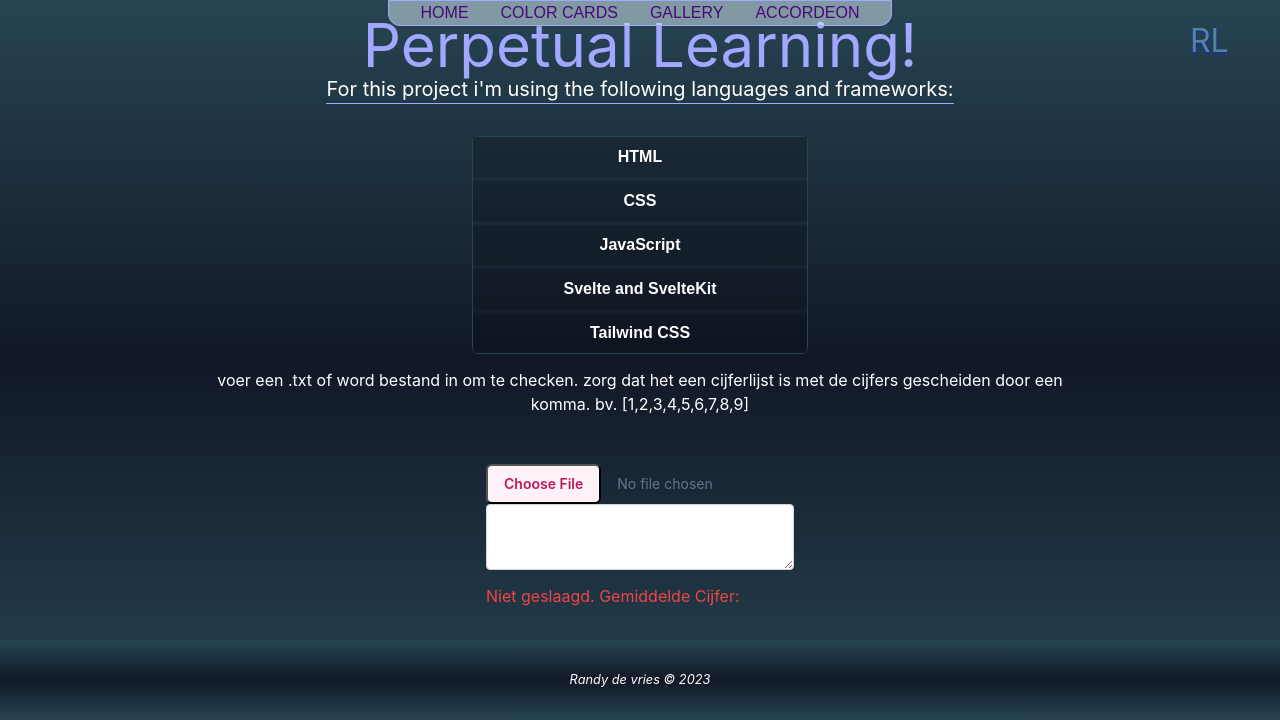
Repository: Freezler/svelte-app
Page: /links
The author's editor kept a copy of each file at every save. The page is drawn from the files as they stood at one save, then again after the next save.
The browser window is 1280 px wide. The pictures show the whole page.
The project was rebuilt for these pictures with package versions that can differ from the ones it lists, and the page was loaded fresh each time. The framework's server and built-in components were replaced by stand-ins that run in the browser. Also part of the build but not shown: svelte.config.js, vite.config.js.

Above is the page before, as saved 2023-11-12 11:42:12.

### src/app.html
<!DOCTYPE html>
<html lang="en">
	<head>
		<meta charset="utf-8" />
		<link rel="icon" href="%sveltekit.assets%/favicon.png" />
		<meta name="viewport" content="width=device-width" />
		%sveltekit.head%
		<title>SvelteKitProject</title>
	</head>
	<body data-sveltekit-preload-data="hover">
		<div style="display: contents">%sveltekit.body%</div>
	</body>
</html>

### src/routes/+layout.svelte
<script>
  import '../app.css';
  import Navbar from '../components/Navbar.svelte';
  import Footer from '../components/Footer.svelte';
</script>

<html lang="en" class="select-none scroll-smooth">
  <head>
    <!-- Add any necessary head content here -->
  </head>
  <body class=" flex flex-col h-full overflow-scroll">
    <Navbar />
    <main>
      <slot />
    </main>
    <Footer />
  </body>
</html>

### src/routes/links/+page.svelte
<script>
	import { onDestroy, onMount } from 'svelte';
	onMount(() => console.log('Mounted Links page'));
	onDestroy(() => console.log('Unmounted Links page'));
	import CijferlijstInput from '../../components/CijferlijstInput.svelte';
	import Accordion from '../../components/Accordion.svelte';

</script>

<main
	class=" z-100 flex h-screen scroll-smooth justify-center items-center w-screen flex-col bg-gradient-to-b from-astral-900 via-gray-900 to-astral-900 overflow-scroll pb-24"
>
<div class="flex flex-col w-[100%] items-center justify-center font-sans h-screen ">
	<h1 class="animate-slow-slide-down text-3xl sm:text-5xl md:text-6xl xl:8xl text-purpleone-300  ">Perpetual Learning!</h1>
	<p class="animate-slow-slide-up text-xs sm:text-[16px] md:text-xl xl:2xl text-white border-b-[1px]  border-purpleone-300 text-purpleone600">For this project i'm using the following languages and frameworks:</p>
	<Accordion />
</div>
<div class="flex flex-col w-[100%] items-center justify-center"></div>
		<CijferlijstInput />
</main>

### src/app.css
@import 'tailwindcss/base';
@import 'tailwindcss/components';
@import 'tailwindcss/utilities';

/* Your custom CSS goes here */
body {
	scroll-behavior: smooth;
}

body * {
	-moz-scrollbar-width: none;
	scrollbar-width: none;
	-ms-overflow-style: none;
}

### src/components/Navbar.svelte
<script>
	let showNav = false;

	const toggleNav = () => {
		showNav = !showNav;
		const body = document.body;

		if (showNav) {
			body.classList.add('overflow-hidden');
		} else {
			body.classList.remove('overflow-hidden');
		}
	};
</script>

<nav
	class=" fixed bottom-0 z-40 flex h-20 w-[100%] select-none items-center justify-between text-center antialiased focus:select-none md:right-0 md:top-0 md:justify-center"
>
	<a href="/" class="ml-3 flex h-16 select-none items-center focus:select-none "
		><svg
			class="flex h-20 animate-pulse md:right-0 md:absolute"
			version="1.1"
			xmlns="http://www.w3.org/2000/svg"
			width="100"
			height="100"
			viewBox="0 0 100 100"
		>
			<!-- Outline -->
			<text
				class="select-none focus:select-none shadow-xl animate-slow-slide-down "
				x="0"
				y="66"
				font-size="40"
				fill="red3"
				stroke="#12ff"
				stroke-width="2"
				stroke-linejoin="round">RL</text
			>
			<!-- Text -->
			<text class="animate-slow-slide-in" x="0" y="65" font-size="40" fill="#87ccd9">RL</text>
		</svg></a
	>

	<!-- Hamburger voorS  mobile/kleine schermen -->
	<button
		class=" mr-8 select-none text-white focus:select-none active:select-none md:hidden"
		on:click={toggleNav}
	>
		<div class="relative flex h-6 w-6 items-center">
			<span
				class={' absolute block h-[2px] w-5 origin-center bg-blueone-50 transition-transform'}
				class:rotate-45={showNav}
				class:top-2={!showNav}
			></span>
			<span
				class={'z-2000 absolute block h-[2px] w-5 origin-center bg-white blur-none transition-transform'}
				class:-rotate-45={showNav}
				class:bottom-2={!showNav}
			></span>
			<span
				class={'z-2000 absolute block h-[2px] w-5 origin-center bg-white blur-none transition-transform'}
				class:-rotate-45={showNav}
				class:bottom-2={!showNav}
			></span>
		</div>
	</button>

	<div
		class={`absolute top-0 z-50	hidden  -[80px] select-none rounded-b-xl text-purplethree-950  font-display uppercase  items-center justify-center gap-8 px-8 border-[1px] border-purpleone-300   bg-astral-100 bg-opacity-50  bg-cover bg-center    md:flex ${
			showNav ? 'hidden' : 'block'
		}`}
	>
	    <a href="/" class="hover:text-cyan-200 hover:bg-slate-500 ">Home</a>
		<a href="/blogs" class="hover:text-cyan-200 hover:bg-slate-500  ">Color Cards</a>
		<a href="/about" class="hover:text-cyan-200 hover:bg-slate-500">Gallery</a>
		<a href="/links" class="hover:text-cyan-200 hover:bg-slate-500">Accordeon</a>
	</div>
</nav>

<!-- Conditional Mobile Menu Overlay -->
{#if showNav}
	<div
		class=" fixed inset-0 z-50 flex animate-slow-fade-in select-none items-center justify-center bg-gray-800 bg-opacity-40 backdrop-blur-[2px]"
		on:click={toggleNav}
		on:keypress={toggleNav}
		role="button"
		tabindex="0"
	>
		<div
			class="absulute flex select-none flex-col items-center text-2xl text-gray-200 opacity-100 transition-opacity duration-100 ease-in-out"
		>
			<a href="/" tabindex="0" class="text-cyan-200"
				><svg xmlns="http://www.w3.org/2000/svg" width="80" height="80" viewBox="0 0 80 80">
					<!-- Outline -->
					<text
						x="16"
						y="50"
						font-family="Inter"
						font-size="40"
						fill="cyan"
						stroke="#dfe2ff"
						stroke-width="6"
						stroke-linejoin="round">RL</text
					>
					<!-- Text -->
					<text x="16" y="50" font-family="Inter" font-size="40" fill="indigo">RL</text>
				</svg>
				<hr class="mb-6 w-full border-bluetwo-400" /></a
			>
			<a href="/projects" tabindex="0" class="text-[#b910377e]">under construction..</a>
			<a href="/blogs" tabindex="0" class="text-[#dfe2ff]">Color Cards</a>
			<a href="/about" tabindex="0" class="text-[#dfe2ff]">Gallery</a>
			<a href="/links" tabindex="0" class="text-[#dfe2ff]">Accordeon</a>
		</div>
	</div>
{/if}

### src/components/Footer.svelte
<script>
</script>

<div class="bg-opacity-70 bg-gradient-to-b from-astral-900 via-gray-900 to-astral-900 bg-cover bg-center bg-no-repeat bg-blone-300  fixed w-screen bottom-0 h-20 flex items-center p-0 m-0">
  <div class="flex w-full items-center justify-around">
	<!-- GitHub icon -->
	<small class="text-white italic">Randy de vries &copy; {new Date().getFullYear()}</small>
  </div>
</div>

### src/components/CijferlijstInput.svelte
<!-- FileInput.svelte -->
<script>
  import { onMount } from 'svelte';

  export let fileContent = '';
  export let isSuccess = false;
  let gemiddeldeCijfer = '';

  function handleFileInput(event) {
	const file = event.target.files[0];

	if (file) {
	  const reader = new FileReader();

	  reader.onload = function (e) {
		const content = e.target.result;
		if (content.trim() !== '') {
		  fileContent = content;
		  isSuccess = true;
		  gemiddeldeCijfer = calculateGemiddeldeCijfer(fileContent);
		}
	  };

	  reader.readAsText(file);
	}
  }

  function calculateGemiddeldeCijfer(content) {
	const cijfers = content.split('\n').filter(line => line.trim() !== '').map(Number);
	const totaal = cijfers.reduce((acc, curr) => acc + curr, 0);
	return totaal / cijfers.length;
  }
</script>
<div class="text-center text-white -translate-y-8 w-[70%]"><h3>voer een .txt of word bestand in om te checken.
	zorg dat het een cijferlijst is met de cijfers gescheiden door een komma. bv. [1,2,3,4,5,6,7,8,9]
</h3></div>
<div class="p-4 min-w-[340px]">
  <input
	type="file"
	accept=".txt, .doc, .docx"
	on:change={handleFileInput}
	class="block w-full text-sm text-slate-500 file:mr-4 file:py-2 file:px-4 file:rounded-md file:border-1 file:text-sm file:font-semibold file:bg-pink-50 file:text-pink-700 hover:file:bg-pink-100"
  />
  <textarea bind:value={fileContent} class="w-full h-[content] border border-gray-300 rounded p-2"></textarea>

  {#if isSuccess}
	<p class="text-green-500 mt-2 mx-auto">Van harte gefeliciteerd, je bent geslaagd! Gemiddelde Cijfer: {gemiddeldeCijfer}</p>
  {:else}
	<p class="text-red-500 mt-2 mx-auto">Niet geslaagd. Gemiddelde Cijfer: {gemiddeldeCijfer}</p>
  {/if}
</div>

### src/components/Accordion.svelte
<script>
	let panels = [
		{
			title: 'HTML',
			content:
				'HTML is the standard markup language for documents designed to be displayed in a web browser.'
		},
		{ title: 'CSS', content: 'CSS is used to define styles for your web pages' },
		{
			title: 'JavaScript',
			content: 'JavaScript is used to add interactivity to your web pages'
		},
		{
			title: 'Svelte and SvelteKit',
			content: 'Svelte and SvelteKit are both JavaScript frameworks'
		},
		{ title: 'Tailwind CSS', content: 'Tailwind CSS is a utility-first CSS framework' }
	];

	let expandedPanel = null;

	function togglePanel(panel) {
		if (expandedPanel === panel) {
			expandedPanel = null;
		} else {
			expandedPanel = panel;
		}
	}
</script>

<div class="bg-transparent animate-slow-slide-up z-60 wrapper max-w-[400px] mx-auto mt-[0] w-[80%] text-center rounded-sm p-8">
	<div class="flex flex-col space-y-1  rounded-md border-[1px] border-astral-900">
		{#each panels as panel}
			<!-- svelte-ignore a11y-no-static-element-interactions -->
			<div
				class="relative isolate animate-fast-fade-in overflow-hidden"
				on:click={() => togglePanel(panel)}
				on:keydown={() => togglePanel(panel)}
				aria-roledescription="accordion"
			>
				<div class="" aria-expanded={panel === expandedPanel}>
					<!-- svelte-ignore empty-block -->
					{#if panel === expandedPanel}{/if}
					<div
						class="relative isolate grid place-items-center bg-[rgba(0,0,0,0.2)] p-2 font-display font-bold text-white"
					>
						{panel.title}
					</div>
				</div>
				{#if expandedPanel === panel}
					<div
						class="max-w-[100%] z-20 animate-slow-fade-in bg-astral-900 bg-opacity-70 px-6 py-0"
					>
						<svg
							xmlns="http://www.w3.org/2000/svg"
							class="icon icon-tabler icon-tabler-chevron-up mx-auto animate-pulse"
							width="24"
							height="24"
							viewBox="0 0 24 24"
							stroke-width="1.5"
							stroke="white"
							fill="rgba(39, 68, 82, 100%)"
							stroke-linecap="round"
							stroke-linejoin="round"
						>
							<path stroke="none" d="M0 0h24v24H0z" fill="transparent" />
							<polyline points="6 15 12 9 18 15" />
						</svg>
						<p class="text-white pb-3">
							{panel.content}
						</p>
					</div>
				{/if}
			</div>
		{/each}
	</div>
</div>

### tailwind.config.js
/** @type {import('tailwindcss').Config} */
const plugin = require('tailwindcss/plugin');
export default {
	content: ['./src/**/*.{html,js,svelte,ts}'],
	theme: {
		extend: {

			animation: {
				btnPulse: ' btnPulse 1s infinite',
				'spin-slow': 'spin 3s linear infinite',
				'spin-fast': 'spin 1s linear infinite',
				'slow-fade-in': 'fade-in 0.7s ease-in-out',
				'fast-fade-in': 'fade-in 0.5s ease-in-out',
				'slow-fade-out': 'fade-out 0.5s ease-in-out',
				'fast-fade-out': 'fade-out 0.7s ease-in-out',
				'slow-slide-in': 'slide-in 0.6s ease-in-out',
				'fast-slide-in': 'slide-in 3s ease-in-out',
				'slow-slide-up': 'slide-up 0.6s cubic-bezier(0.215, 0.61, 0.355, 1)',
				'slow-slide-out': 'slide-out 0.6s ease-in-out',
				'fast-slide-out': 'slide-out 0.3s ease-in-out',
				'ani-translate-y': 'translate-y 5s ease-in-out',
				'fast-slide-up': 'slide-up 0.5s cubic-bezier(0.215, 0.61, 0.355, 1)',
				'slow-slide-down': 'slide-down 0.6s cubic-bezier(0.215, 0.61, 0.355, 1)',
				'burger-smooth': 'burger-smooth 2s ease-in-out',
			    'wave': 'wave .9s ease-in-out',
			},
			keyframes: {
				'fade-in': {
					'0%': { opacity: '0' },
					'100%': { opacity: '1' }
				},
				'fade-out': {
					'0%': { opacity: '1' },
					'100%': { opacity: '0' }
				},
				'slide-in': {
					'0%': { transform: 'translateX(-240px)' },
					'100%': { transform: 'translateX(0)' }
				},
				'slide-out': {
					'0%': { transform: 'translateX(0)' },
					'100%': { transform: 'translateX(-100%)' }
				},
				'translate-y': {
					'0%': { transform: 'translateY(0)' },
					'100%': { transform: 'translateY(-100%)' }
				},
				wave: {
					'0%': { transform: 'rotate(0deg)' },
					'25%': { transform: 'rotate(45deg)' },
					'50%': { transform: 'rotate(35deg)' },
					'100%': { transform: 'rotate-45deg)' }
				},
				'slide-up': {
					'0%': { transform: 'translateY(240px)' },
					'100%': { transform: 'translateY(0)' }
				},
				'slide-down': {
					'0%': { transform: 'translateY(-400px)' },
					'100%': { transform: 'translateY(0px)' }
				},
				'btnPulse': {
					'0%': { transform: 'scale(1))' },
					'50%': { transform: 'scale(0.9)' },
					'100%': { transform: 'scale(1)' }
				}
			},

			fontFamily: {
				sans: ['Inter', 'Arial', 'Helvetica', 'sans-serif'],
				serif: ['Georgia', 'serif'],
				mono: ['Menlo', 'Monaco', 'Courier New', 'monospace'],
				display: ['Oswald', 'sans-serif'],
				handwriting: ['Pacifico', 'cursive']
			},
			colors: {
				blueone: {
					50: '#e6f5ff',
					100: '#d2ecff',
					200: '#aedaff',
					300: '#7dbfff',
					400: '#4b94ff',
					500: '#2268ff',
					600: '#003bff',
					700: '#003fff',
					800: '#0035d7',
					900: '#0830a7',
					950: '#072383'
				},
				bluetwo: {
					50: '#f3f6fb',
					100: '#e4e9f5',
					200: '#d0daed',
					300: '#afc2e1',
					400: '#89a2d1',
					500: '#6c85c5',
					600: '#596db7',
					700: '#4e5da7',
					800: '#454e8a',
					900: '#3b436d',
					950: '#272b44'
				},
				bluethree: {
					50: '#f2f6fc',
					100: '#e3ebf6',
					200: '#cdddf0',
					300: '#aac6e6',
					400: '#81a8d9',
					500: '#638cce',
					600: '#4f73c1',
					700: '#4561b0',
					800: '#3d5190',
					900: '#2c395f',
					950: '#242c47'
				},
				astral: {
					50: '#f0fafb',
					100: '#d9f0f4',
					200: '#b8e2e9',
					300: '#87ccd9',
					400: '#4fadc1',
					500: '#328ea3',
					600: '#2d768d',
					700: '#2b6173',
					800: '#2a5160',
					900: '#274452',
					950: '#152c37'
				},
				greenone: {
					50: '#f5ffe5',
					100: '#e6ffc7',
					200: '#cdff96',
					300: '#9ffc41',
					400: '#8bf328',
					500: '#6cd909',
					600: '#50ae02',
					700: '#3e8407',
					800: '#34680c',
					900: '#2c580f',
					950: '#143102'
				},
				greentwo: {
					50: '#f1fcf5',
					100: '#dff9e9',
					200: '#c0f2d4',
					300: '#8fe6b2',
					400: '#56d289',
					500: '#30b768',
					600: '#26aa5d',
					700: '#1e7743',
					800: '#1d5e39',
					900: '#194e31',
					950: '#082b19'
				},
				greenthree: {
					50: '#f2f7f4',
					100: '#dfece3',
					200: '#c1d9ca',
					300: '#98bda8',
					400: '#6b9c82',
					500: '#518a6e',
					600: '#37644f',
					700: '#2c5040',
					800: '#254035',
					900: '#1f352b',
					950: '#101e18'
				},
				roseone: {
					50: '#fef1fa',
					100: '#fde6f7',
					200: '#feccf1',
					300: '#fea3e4',
					400: '#fc6ad0',
					500: '#f74bbf',
					600: '#e61c9a',
					700: '#c90d7d',
					800: '#a60e66',
					900: '#8a1158',
					950: '#550232'
				},
				purpleone: {
					50: '#edf0ff',
					100: '#dfe2ff',
					200: '#c5caff',
					300: '#a2a7ff',
					400: '#7f7cfd',
					500: '#6d5ef6',
					600: '#5e40eb',
					700: '#5d41d3',
					800: '#412ca7',
					900: '#382b84',
					950: '#22194d'
				},
				purpletwo: {
					50: '#fcf3ff',
					100: '#fae7ff',
					200: '#f3ceff',
					300: '#eea7ff',
					400: '#e473ff',
					500: '#d12ef6',
					600: '#bc1edb',
					700: '#9f15b6',
					800: '#841494',
					900: '#6f1679',
					950: '#490151'
				},
				purplethree: {
					50: '#faf5ff',
					100: '#f3e8ff',
					200: '#ead4ff',
					300: '#d9b3ff',
					400: '#c282fe',
					500: '#aa53f9',
					600: '#9530ed',
					700: '#801fd1',
					800: '#6d1faa',
					900: '#591a89',
					950: '#4b077e'
				},
				rosetwo: {
					50: '#fef1f8',
					100: '#fee5f3',
					200: '#ffcae8',
					300: '#ff9fd4',
					400: '#ff64b5',
					500: '#fe1f8a',
					600: '#ef1372',
					700: '#d00657',
					800: '#ac0848',
					900: '#8f0c3f',
					950: '#580021'
				},
				redone: {
					50: '#fff0f0',
					100: '#ffdede',
					200: '#ffc2c2',
					300: '#ff9898',
					400: '#ff5d5d',
					500: '#ff2b2b',
					600: '#f70808',
					700: '#d00505',
					800: '#ac0808',
					900: '#8e0e0e',
					950: '#4e0101'
				},
				redtwo: {
					50: '#fcf4f4',
					100: '#fae6e6',
					200: '#f7d1d1',
					300: '#f0b1b1',
					400: '#e58484',
					500: '#d75c5c',
					600: '#be3c3c',
					700: '#a33232',
					800: '#872d2d',
					900: '#712b2b',
					950: '#3d1212'
				},
				greyone: {
					50: '#f6f6f6',
					100: '#e7e7e7',
					200: '#d1d1d1',
					300: '#b0b0b0',
					400: '#888888',
					500: '#6d6d6d',
					600: '#5d5d5d',
					700: '#4f4f4f',
					800: '#454545',
					900: '#3d3d3d',
					950: '#050505'
				},
				greytwo: {
					50: '#f4f5fa',
					100: '#e7e9f2',
					200: '#d4d7e9',
					300: '#b6bcda',
					400: '#939bc7',
					500: '#797fb8',
					600: '#6769a9',
					700: '#5c5b9a',
					800: '#504e7f',
					900: '#444266',
					950: '#232232'
				}
			}
		},
		screens: {
			// default is oudere schermen erg klein!  -->
			xxxs: '360px', // modernere kleine schermen
			xxs: '480px', // Extra extra small screen size
			xs: '640px', // Extra small screen size
			sm: '768px', // Small screen size
			md: '1024px', // Medium screen size
			lg: '1280px', // Large screen size
			xl: '1440px', // Extra large screen size
			xxl: '1920px', // Extra extra large screen size
			xxxl: '3840px' // 4K screen size (3840px)
			// Je kunt meer schermformaten toevoegen indien nodig
		},

		fonts: {
			sans: ['Inter', 'Arial', 'Helvetica', 'sans-serif'],
			serif: ['Georgia', 'serif'],
			mono: ['Bebas Neue','Monaco', 'Courier New', 'monospace'],
			display: ['San-francisco', 'sans-serif'],
			handwriting: ['Pacifico', 'cursive']
		},
		textShadow: {
			sm: '0 1px 2px var(--tw-shadow-color)',
			DEFAULT: '0 2px 4px var(--tw-shadow-color)',
			lg: '0 8px 16px var(--tw-shadow-color)'
		}
	},
	plugins: [
		plugin(function ({ matchUtilities, theme }) {
			matchUtilities(
				{
					'text-shadow': (value) => ({
						textShadow: value
					})
				},
				{ values: theme('textShadow') }
			);
		})
	]
};

After the next save:
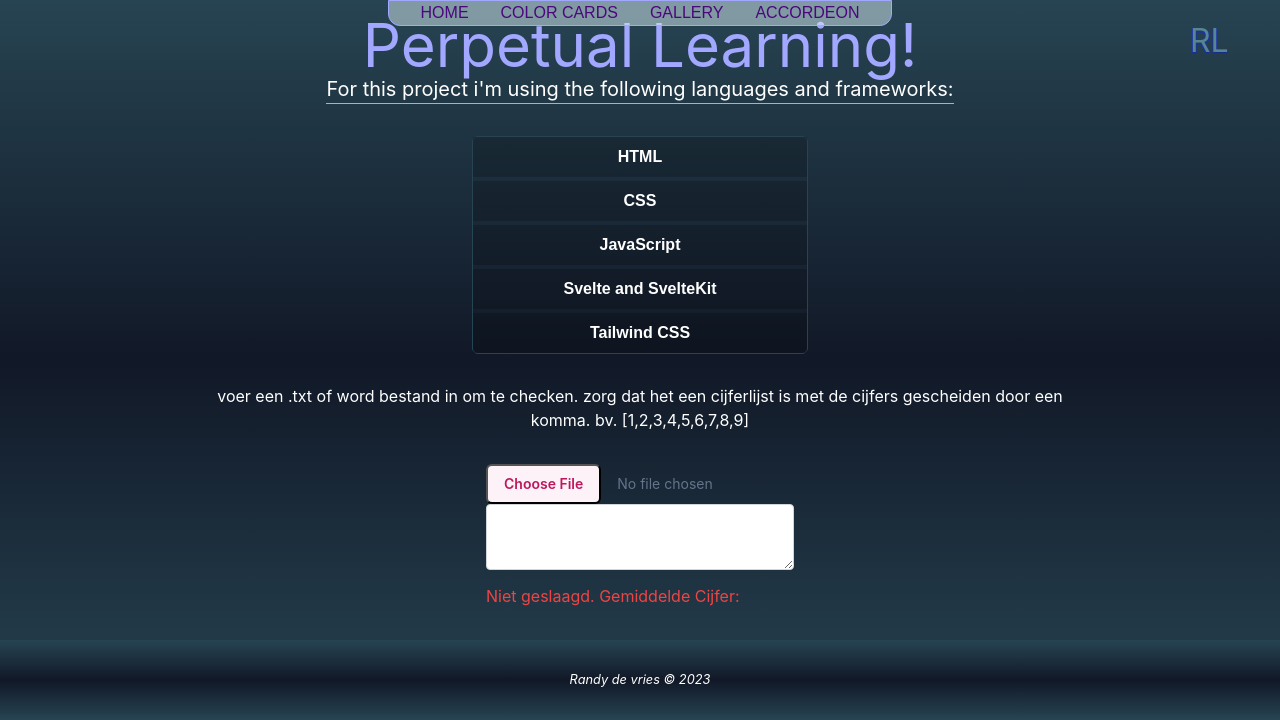
Saved 9 s later.
--- a/src/components/CijferlijstInput.svelte
+++ b/src/components/CijferlijstInput.svelte
@@ -31,7 +31,7 @@
 	return totaal / cijfers.length;
   }
 </script>
-<div class="text-center text-white -translate-y-8 w-[70%]"><h3>voer een .txt of word bestand in om te checken.
+<div class="text-center text-white -translate-y-4 w-[70%]"><h3>voer een .txt of word bestand in om te checken.
 	zorg dat het een cijferlijst is met de cijfers gescheiden door een komma. bv. [1,2,3,4,5,6,7,8,9]
 </h3></div>
 <div class="p-4 min-w-[340px]">
